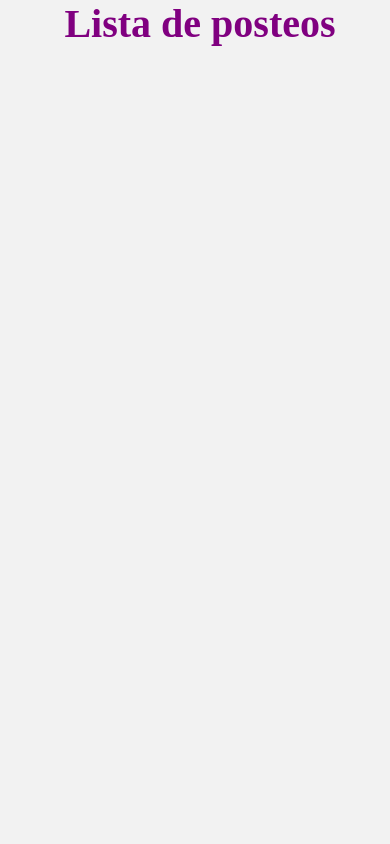
Repository: larafernandezo/finalprog3
Screen: /Home
The author's editor kept a copy of each file at every save. The screen is drawn from the files as they stood at one save, then again after the next save.
The page's requests for data from a server got no answer. The app was drawn by React Native's web renderer in a window 390 px wide. The project was rebuilt for these pictures with package versions that can differ from the ones it lists, and the page was loaded fresh each time. No one was signed in, and anything a server would have sent is missing. Also part of the build but not shown: src/components/Camera.js, src/screens/Registro.js, src/components/Post.js, src/screens/MiPerfil.js, src/screens/NuevoPost.js, src/components/Menu.js, src/screens/Perfil.js.

Above is the screen before, as saved 2022-11-22 01:21:57.

### App.js
import { StyleSheet, View } from 'react-native';
import { NavigationContainer } from '@react-navigation/native';
import { createNativeStackNavigator } from '@react-navigation/native-stack';
import Registro from './src/screens/Registro';
import Login from './src/screens/Login';
import Home from './src/screens/Home';
import Menu from './src/components/Menu';
import Perfil from './src/screens/Perfil';


const Stack = createNativeStackNavigator();


function App() {
  return (
    <NavigationContainer>
      <Stack.Navigator>
        <Stack.Screen name='Login' component={Login} options= {{ headerShown : false}}/>
        <Stack.Screen name='Registro' component={Registro} options= {{ headerShown : false}}/>
        <Stack.Screen name='Home' component={Home} options= {{ headerShown : false}}/>
        <Stack.Screen name='Menu' component={Menu} options= {{ headerShown : false}}/>
      </Stack.Navigator>
    </NavigationContainer>
  );
};

export default App;

### src/screens/Login.js
import React, {Component} from 'react';
import {auth} from '../firebase/config';
import {View, Text, StyleSheet, TextInput, TouchableOpacity, Image} from 'react-native';

class Login extends Component {
    constructor(){
        super()
        this.state = {
            email: "",
            contraseña: "",
            error: ""
        }
    }

    componentDidMount(){
        auth.onAuthStateChanged(usuario => {
            if (usuario){
                this.props.navigation.navigate ("Menu")
            }
        })
    }

    iniciarUsuario(email, contraseña){
        auth.signInWithEmailAndPassword(email, contraseña)
            .then( res => {
                this.props.navigation.navigate("Menu")
            })
            .catch(error =>
                this.setState({
                error: error.message
            })
            )
    }

    render(){
        return(
            <View style={styles.fondo}>

            <Text style={styles.error}>{this.state.error}</Text>


                <Text style={styles.titulo}>Iniciar Sesión</Text>

                <View style={styles.caja}>
                <Text style={styles.error}>{this.state.error}</Text>
                    <TextInput
                        placeholder= 'Cuenta de Email'
                        keyboardType= 'email-address'
                        onChangeText={ texto => this.setState({email : texto})}
                        value = {this.state.email}
                        style={styles.fillin}
                    />
                    <TextInput
                        placeholder= 'Contraseña'
                        keyboardType= 'default'
                        secureTextEntry = {true}
                        onChangeText={ texto => this.setState({contraseña : texto})}
                        value = {this.state.contraseña}
                        style={styles.fillin}
                    />


{
                this.state.email =="" || this.state.contraseña =="" ?
                    <TouchableOpacity>
                        <Text style={styles.alerta}>Ingresar</Text>
                    </TouchableOpacity>
                :
                    <TouchableOpacity onPress={ () => this.iniciarUsuario (this.state.email, this.state.contraseña)} >
                        <Text style={styles.cont}>Ingresar</Text>
                    </TouchableOpacity>

}

                    <Text onPress={ () => this.props.navigation.navigate ('Registro')} style={styles.switch}>¿No tenés cuenta? Registrate haciendo click aquí</Text>
                </View>
            </View>
        )
    }
}

const styles = StyleSheet.create({
    fondo: {
        alignItems: 'center',
        backgroundColor: 'rgb(234, 242, 248)',
    },
    titulo: {
        color: 'rgb(52, 152, 219)',
        fontFamily: 'avenir',
        fontSize: 26,
        margin: 60,
    },
    caja:{
        backgroundColor: 'rgb(215, 219, 221)',
        borderRadius: 6,
        padding: 20,

    },
    fillin: {
        backgroundColor: 'rgb(253, 254, 254)',
        color: 'rgb(179, 182, 183)',
        fontFamily: 'avenir',
        fontSize: 13,
        margin: 10,
        borderRadius: 6,
        textAlign: 'center',
        padding: 5,
        textAlign: 'left',
    },
    cont: {
        fontFamily: 'avenir',
        fontSize: 14,
        margin: 10,
        backgroundColor: 'rgb(234,252,255)',
        borderRadius: 10,
        textAlign: 'center',
        padding: 5,
    },
    alerta: {
        fontFamily: 'avenir',
        fontSize: 14,
        margin: 10,
        backgroundColor: 'rgb(52, 152, 219)',
        borderRadius: 10,
        textAlign: 'center',
        padding: 5,
        color: 'rgb(234,252,255)',
    },
    switch: {
        fontFamily: 'avenir',
        fontSize: 10,
        margin: 4,
        textAlign: 'center',
        color:'rgb(77, 86, 86)',
    },
    error: {
        fontFamily: 'avenir',
        fontSize: 19,
        margin: 20,
        color: 'rgb(203, 67, 53)'
    },
})



export default Login;

### src/screens/Home.js
import React, { Component } from 'react';
import { View, Text, FlatList,  StyleSheet, TextInput} from 'react-native';
import Post from '../components/Post';
import { db } from '../firebase/config'


class Posts extends Component {

    constructor(props) {
        super(props)
        this.state = {
            posteos: [],
        }
    }

    componentDidMount() {
        db.collection('posts').onSnapshot(
            docs => {
                let posts = [];
                docs.forEach(doc => {
                    posts.push({
                        id: doc.id,
                        data: doc.data()
                    })
                })
                this.setState({
                    posteos: posts,
                })
            })
    }

    render() {
        return (
          //prueba1 descomento para ver si funca
            <View style={styles.view}>
            <Text style={styles.title}> Lista de posteos</Text>
            <FlatList
                    data={this.state.posteos}
                    keyExtractor={ item => item.id.toString()}
                    renderItem={ ({item}) => <Post postData={item} navigation={this.props.navigation} id={item.id}/>}
            />
            </View>
        )
    }
}
const styles = StyleSheet.create({

   title:{
        fontSize: 40,
        fontWeight:'bold',
        textAlign:'center',
        fontFamily: 'avenir',
        color:'purple',

    },
    view:{
        flex:1
    }
})

export default Posts;

### src/firebase/config.js
import app from 'firebase/app';
import firebase from 'firebase';

const firebaseConfig = {
    apiKey: "AIzaSyDPgkPZuV5RhBSI7u_oFMlRH3es895rxlU",
    authDomain: "finalprog3-bb705.firebaseapp.com",
    projectId: "finalprog3-bb705",
    storageBucket: "finalprog3-bb705.appspot.com",
    messagingSenderId: "894733539643",
    appId: "1:894733539643:web:6ef31fb78c2644aa783f1e"
  };

app.initializeApp(firebaseConfig);

export const auth = firebase.auth();
export const storage = app.storage();
export const db = app.firestore();

After the next save:
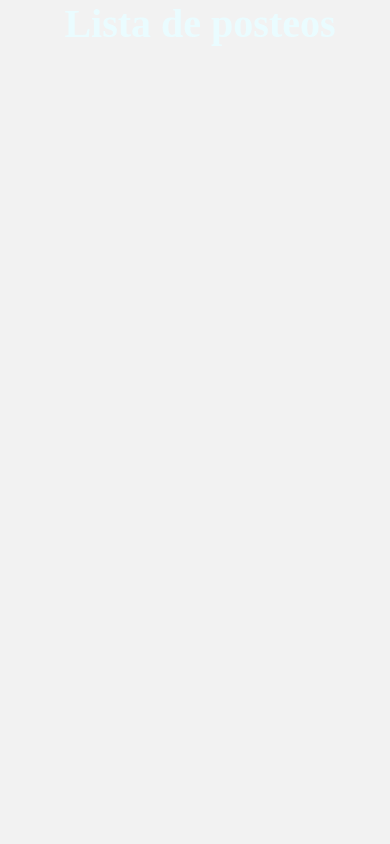
Saved 38 s later.
--- a/src/screens/Home.js
+++ b/src/screens/Home.js
@@ -50,7 +50,7 @@ const styles = StyleSheet.create({
         fontWeight:'bold',
         textAlign:'center',
         fontFamily: 'avenir',
-        color:'purple',
+        color: 'rgb(234,252,255)',
 
     },
     view:{
